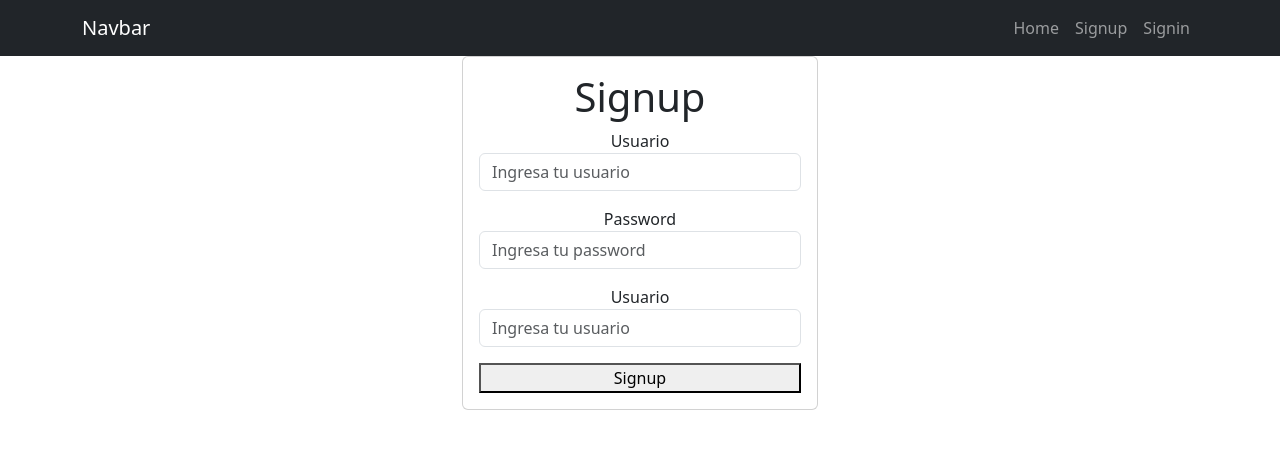
Repository: dbettancourt/django-auth-crud
Page: http://localhost/signup/
The author's editor kept a copy of each file at every save. The page is drawn from the files as they stood at one save, then again after the next save.
The browser window is 1280 px wide. The pictures show the whole page.
The page is served by the project's application, run on Django 4.2 (manage.py). Other server files are loaded and not shown.

Above is the page before, as saved 2023-06-06 10:53:25.

### tasks/templates/signup.html
{% extends 'base.html' %}

{% block content %}

<main class="container">
    <div class="row">
        <div class="col-md-4 offset-md-4" >
            <form method="POST" class="card card-body text-center">
                <h1>Signup</h1>

                {{error}}

                {% csrf_token %}

                <div class="mb-3">
                    <label for="username">Usuario</label>
                    <input type="text" name="username" id="username" class="form-control" placeholder="Ingresa tu usuario">
                </div>

                <div class="mb-3">
                    <label for="username">Password</label>
                    <input type="password" name="password" id="password" class="form-control" placeholder="Ingresa tu password">
                </div>

                <div class="mb-3">
                    <label for="username">Usuario</label>
                    <input type="text" name="username" id="username" class="form-control" placeholder="Ingresa tu usuario">
                </div>

                <button>
                    Signup
                </button>
            </forrm>
        </div>

    </div>
</main>

{% endblock %}

### tasks/templates/base.html
<!DOCTYPE html>
<!--[if lt IE 7]>      <html class="no-js lt-ie9 lt-ie8 lt-ie7"> <![endif]-->
<!--[if IE 7]>         <html class="no-js lt-ie9 lt-ie8"> <![endif]-->
<!--[if IE 8]>         <html class="no-js lt-ie9"> <![endif]-->
<!--[if gt IE 8]>      <html class="no-js"> <!--<![endif]-->
<html>
    <head>
        <meta charset="utf-8">
        <meta http-equiv="X-UA-Compatible" content="IE=edge">
        <title>Pagina Base Django</title>
        <meta name="description" content="">
        <meta name="viewport" content="width=device-width, initial-scale=1">
        <link rel="stylesheet" href="">
        <link rel="stylesheet" href="https://cdn.jsdelivr.net/npm/bootstrap@5.3.0/dist/css/bootstrap.min.css">
       <link rel="stylesheet" href="https://cdn.jsdelivr.net/npm/bootstrap-icons@1.5.0/font/bootstrap-icons.css">

    </head>
    <body>
        <!--[if lt IE 7]>
            <p class="browsehappy">You are using an <strong>outdated</strong> browser. Please <a href="#">upgrade your browser</a> to improve your experience.</p>
        <![endif]-->
        <nav class="navbar navbar-expand-lg bg-dark navbar-dark">
            <div class="container">
              <a class="navbar-brand" href="#">Navbar</a>
              <button class="navbar-toggler" type="button" data-bs-toggle="collapse" data-bs-target="#navbarNav" aria-controls="navbarNav" aria-expanded="false" aria-label="Toggle navigation">
                <span class="navbar-toggler-icon"></span>
              </button>
              <div class="collapse navbar-collapse" id="navbarNav">
                <ul class="navbar-nav ms-auto">
                    <li class="nav-item">
                        <a href="/"  class="nav-link">Home</a>
                    </li>
                    {% if user.is_authenticated %}
                    <li class="nav-item">
                        <a href="/tasks"  class="nav-link">Tasks Pending</a>
                    </li>
                    <li class="nav-item">
                        <a href="/tasks_completed"  class="nav-link">Tasks Completed</a>
                    </li>
                    <li class="nav-item">
                        <a href="/tasks/create"  class="nav-link">Create task</a>
                    </li>

                    <li class="nav-item">
                        <a href="/logout"  class="nav-link">Logout</a>
                    </li>
                    {% else %}
                    <li class="nav-item">
                        <a href="/signup"  class="nav-link">Signup</a>
                    </li>
                    <li class="nav-item">
                        <a href="/signin"  class="nav-link">Signin</a>
                    </li>
                    {% endif %}
                </ul>
              </div>
            </div>
          </nav>

        <script src="" async defer></script>

        {% block content %}
        {% endblock %}

    </body>
</html>

### tasks/views.py
from django.shortcuts import render, redirect, get_object_or_404
from django.contrib.auth.forms import UserCreationForm, AuthenticationForm
from django.contrib.auth.models import User
from django.contrib.auth import login, logout, authenticate
from django.db import IntegrityError
from .forms import TaskForm
from .models import Task
from django.utils import timezone
from django.contrib.auth.decorators import login_required



# Create your views here.
def home(request):
    return render(request, 'home.html')

def signup(request):

    if request.method == 'GET':
         return render(request, 'signup.html',{
        'form': UserCreationForm
    })

    else:
        if request.POST['password1'] == request.POST['password2']:
            try:
                user = User.objects.create_user(username=request.POST['username'], password=request.POST['password1'])
                user.save()
                login(request, user)
                return redirect ('tasks')
            except IntegrityError:
                return render(request, 'signup.html',{
                    'form': UserCreationForm,
                    'error': 'El usuario ya existe'
                    })
        return render(request, 'signup.html', {
            'form': UserCreationForm,
            'error': 'Las contraseñas no coinciden'
            })

@login_required
def tasks(request):
    tasks = Task.objects.filter(user=request.user, datecompleted__isnull=True)
    return render(request, 'tasks.html', {'tasks': tasks})

@login_required
def tasks_completed(request):
    tasks = Task.objects.filter(user=request.user, datecompleted__isnull=False).order_by ('-datecompleted')
    return render(request, 'tasks.html', {'tasks': tasks})

@login_required
def create_task(request):

    if request.method == 'GET':
        return render(request, 'create_task.html', {
            'form': TaskForm
        })
    else:
        try:
            form = TaskForm(request.POST)
            new_task = form.save(commit=False)
            new_task.user = request.user
            new_task.save()
            return redirect('tasks')
        except ValueError:
            return render(request, 'create_task.html', {
                'form': TaskForm,
                'error': 'Por favor ingresar datos validos'
             })

@login_required
def task_detail(request, task_id):
    if request.method == 'GET':
        task = get_object_or_404(Task, pk=task_id, user=request.user)
        form = TaskForm(instance=task)
        return render(request, 'task_detail.html', {'task': task, 'form': form})
    else:
        try:
            task = get_object_or_404(Task, pk=task_id, user=request.user)
            form = TaskForm(request.POST, instance=task)
            form.save()
            return redirect('tasks')
        except ValueError:
            return render(request, 'task_detail.html', {'task': task, 'form': form, 'error': "Error al actualizar"})

@login_required
def complete_task(request, task_id):
    task = get_object_or_404(Task, pk=task_id, user=request.user)
    if request.method == 'POST':
        task.datecompleted = timezone.now()
        task.save()
        return redirect('tasks')

@login_required
def delete_task(request, task_id):
    task = get_object_or_404(Task, pk=task_id, user=request.user)
    if request.method == 'POST':
        task.datecompleted = timezone.now()
        task.delete()
        return redirect('tasks')

@login_required
def signout(request):
    logout(request)
    return redirect('home')

def signin(request):
    if request.method=='GET':
        return render(request, 'signin.html', {
            'form': AuthenticationForm
        })
    else:
        user = authenticate(
            request, username=request.POST['username'], password=request.POST['password'])

        if user is None:
            return render(request, 'signin.html', {
                'form': AuthenticationForm,
                'error': 'Usuario o password es incorrecta'
            })
        else:
            login(request, user)
            return redirect('tasks')

### djangocrud/urls.py
"""
URL configuration for djangocrud project.

The `urlpatterns` list routes URLs to views. For more information please see:
    https://docs.djangoproject.com/en/4.2/topics/http/urls/
Examples:
Function views
    1. Add an import:  from my_app import views
    2. Add a URL to urlpatterns:  path('', views.home, name='home')
Class-based views
    1. Add an import:  from other_app.views import Home
    2. Add a URL to urlpatterns:  path('', Home.as_view(), name='home')
Including another URLconf
    1. Import the include() function: from django.urls import include, path
    2. Add a URL to urlpatterns:  path('blog/', include('blog.urls'))
"""
from django.contrib import admin
from django.urls import path
from tasks import views

urlpatterns = [
    path('admin/', admin.site.urls),
    path('', views.home, name='home'),
    path('signup/', views.signup, name='signup'),
    path('tasks/', views.tasks, name='tasks'),
    path('tasks_completed/', views.tasks_completed, name='_completed'),
    path('tasks/create/', views.create_task, name='create_tasks'),
    path('tasks/<int:task_id>/', views.task_detail, name='task_detail'),
    path('tasks/<int:task_id>/complete', views.complete_task, name='complete_task'),
    path('tasks/<int:task_id>/delete', views.delete_task, name='delete_task'),
    path('logout/', views.signout, name='logout'),
    path('signin/', views.signin, name='signin')
]

After the next save:
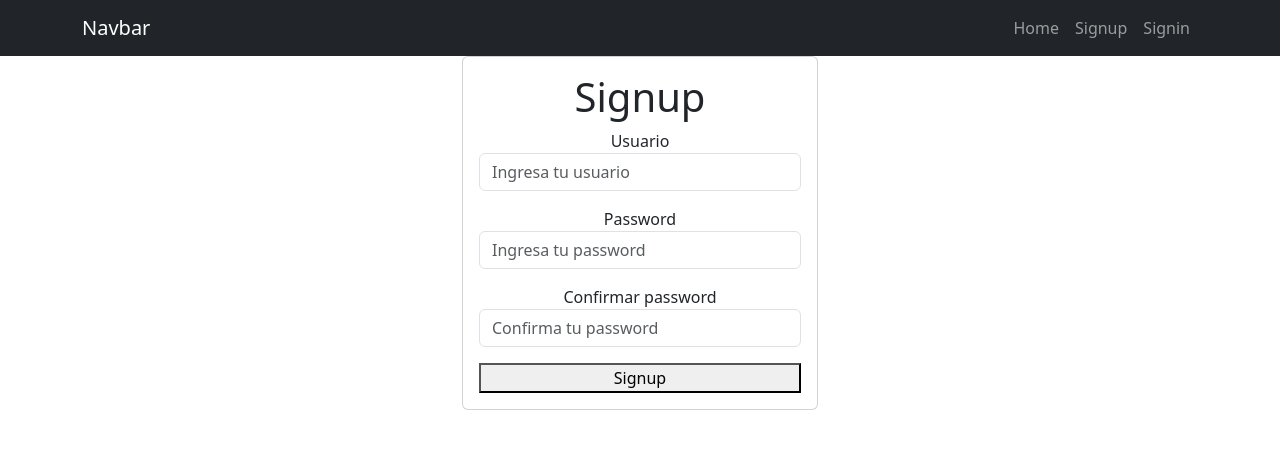
Saved 105 s later.
--- a/tasks/templates/signup.html
+++ b/tasks/templates/signup.html
@@ -18,13 +18,13 @@
                 </div>
 
                 <div class="mb-3">
-                    <label for="username">Password</label>
-                    <input type="password" name="password" id="password" class="form-control" placeholder="Ingresa tu password">
+                    <label for="password1">Password</label>
+                    <input type="password" name="password1" id="password1" class="form-control" placeholder="Ingresa tu password">
                 </div>
 
                 <div class="mb-3">
-                    <label for="username">Usuario</label>
-                    <input type="text" name="username" id="username" class="form-control" placeholder="Ingresa tu usuario">
+                    <label for="password2">Confirmar password</label>
+                    <input type="password" name="password2" id="password2" class="form-control" placeholder="Confirma tu password">
                 </div>
 
                 <button>
